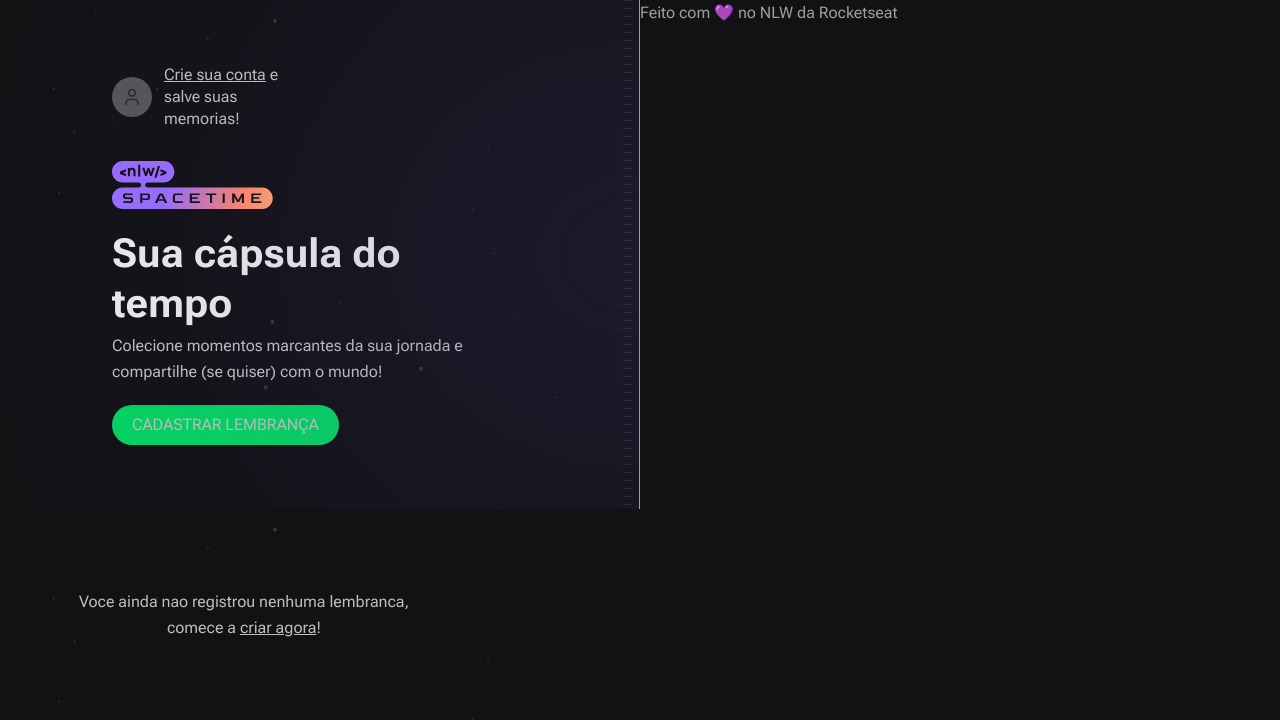
Repository: viniimartins/NLWSpacetime
Page: /
The author's editor kept a copy of each file at every save. The page is drawn from the files as they stood at one save, then again after a run of saves.
The browser window is 1280 px wide. The pictures show the whole page.
Some web fonts or font styles are not loaded; a fallback is used. The project was rebuilt for these pictures with package versions that can differ from the ones it lists, and the page was loaded fresh each time. The framework's server and built-in components were replaced by stand-ins that run in the browser. Also part of the build but not shown: next.config.js.

Above is the page before, as saved 2023-05-28 20:26:10.

After the next 3 saves:
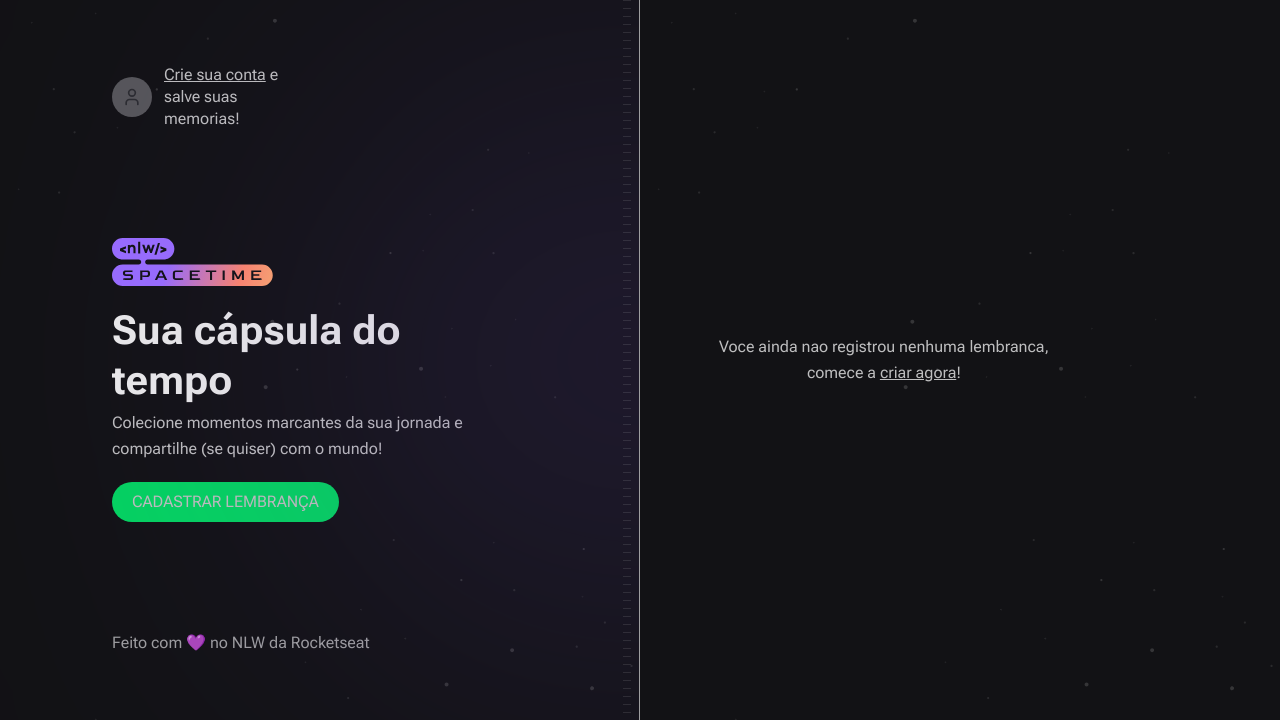
The 3 saves are shown as one change because they came seconds apart.
The last was saved 21 s later.
--- a/src/app/page.tsx
+++ b/src/app/page.tsx
@@ -51,12 +51,12 @@ export default function Home() {
             CADASTRAR LEMBRANÇA
           </a>
         </div>
-      </div>
 
-      {/* Copyright */}
-      <div className="text-sm leading-relaxed text-gray-200">
-        Feito com 💜 no NLW da <a href="https://rocketseat.com.br"></a>
-        Rocketseat
+        {/* Copyright */}
+        <div className="text-sm leading-relaxed text-gray-200">
+          Feito com 💜 no NLW da <a href="https://rocketseat.com.br"></a>
+          Rocketseat
+        </div>
       </div>
 
       {/* Right*/}
